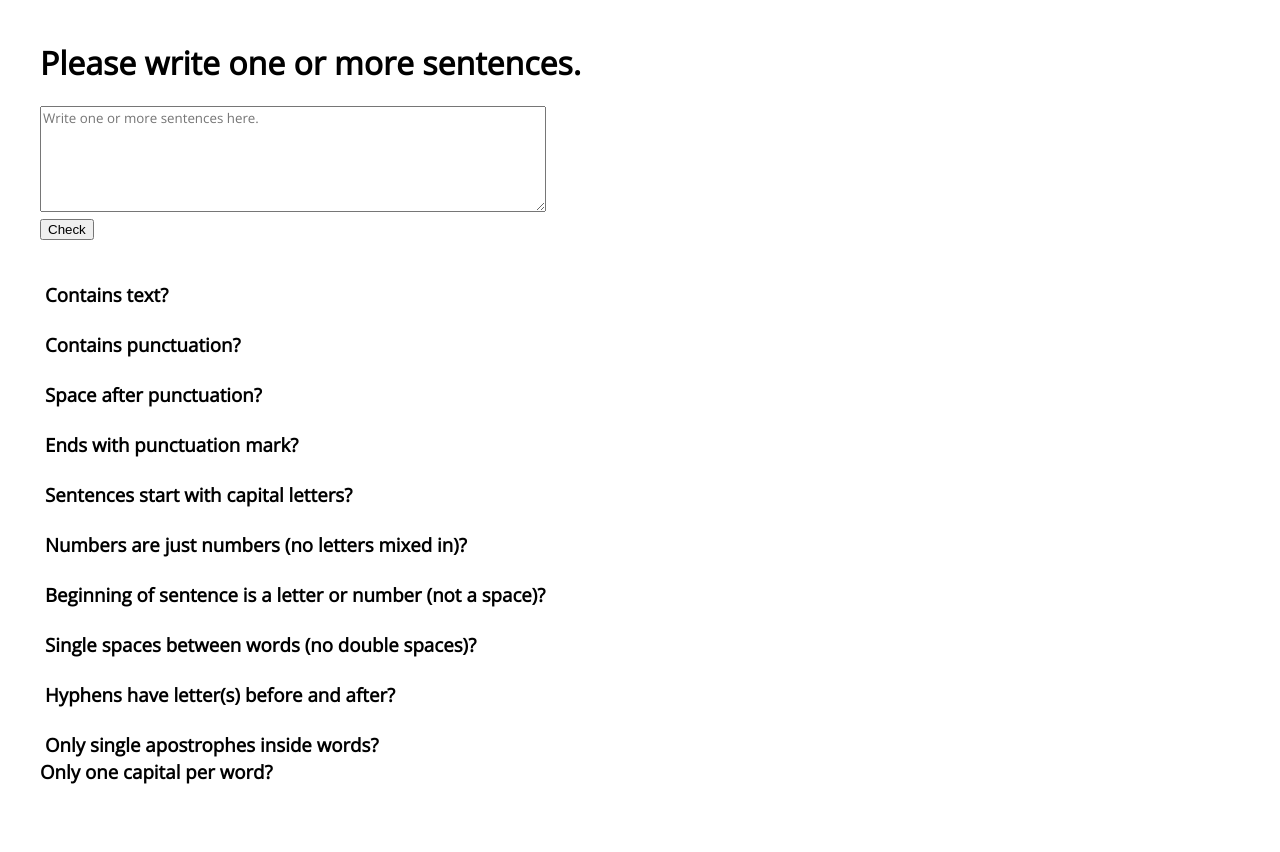
Repository: eliotcowley/SentenceChecker
Page: sentence_checker_fa/workspace/index.html
The author's editor kept a record of every edit. The page is drawn from the files as they stood at one moment, then again after the next edit.
The browser window is 1280 px wide. The pictures show the whole page.
Some web libraries are served in a nearby version.

Above is the page before.

### sentence_checker_fa/workspace/index.html
<!DOCTYPE html>
<html>
<head>
    <link href='http://fonts.googleapis.com/css?family=Open+Sans'
    rel='stylesheet' type='text/css'>
	<link rel='stylesheet' href='style.css'/>
</head>
<body>
    <div class="heading">
        <h1>Please write one or more sentences.</h1>
    </div>
    <div class="container">
        <form>
            <div class="form-group">
                <textarea class="form-control status-box" rows="2"
                placeholder="Write one or more sentences here."></textarea>
            </div>
        </form>
    </div>
    <div class="button">
        <button type="button">Check</button>
    </div>
    <div class="container">
        <div class="output1">
            <h3 class="test1">Contains text?</h3>
            <h3 class="result1"></h3>
        </div>
        <div class="output2">
            <h3 class="test2">Contains punctuation?</h3>
            <h3 class="result2"></h3>
        </div>
        <div class="output3">
            <h3 class="test3">Space after punctuation?</h3>
            <h3 class="result3"></h3>
        </div>
        <div class="output4">
            <h3 class="test4">Ends with punctuation mark?</h3>
            <h3 class="result4"></h3>
        </div>
        <div class="output5">
            <h3 class="test5">Sentences start with capital letters?</h3>
            <h3 class="result5"></h3>
        </div>
        <div class="output6">
            <h3 class="test6">Numbers are just numbers (no letters mixed in)?</h3>
            <h3 class="result6"></h3>
        </div>
        <div class="output7">
            <h3 class="test7">Beginning of sentence is a letter or number (not a
            space)?</h3>
            <h3 class="result7"></h3>
        </div>
        <div class="output8">
            <h3 class="test8">Single spaces between words (no double spaces)?</h3>
            <h3 class="result8"></h3>
        </div>
        <div class="output9">
            <h3 class="test9">Hyphens have letter(s) before and after?</h3>
            <h3 class="result9"></h3>
        </div>
        <div class="output10">
            <h3 class="test10">Only single apostrophes inside words?</h3>
            <h3 class="result10"></h3>
        </div>
        <div class="output11">
            <h3 class="test11">Only one capital per word?</h3>
            <h3 class="result11"></h3>
        </div>
        <div class="final">
            <h3 class="finalResult"></h3>
        </div>
    </div>
    <script src="//ajax.googleapis.com/ajax/libs/jquery/1.11.1/jquery.min.js">
    </script>
    <script src='script.js'></script>
</body>
</html>

### sentence_checker_fa/workspace/style.css
html, body {
    font-family: 'Open Sans', sans-serif;
    margin-left: 20px;
    margin-top: 20px;
}

.status-box {
    font-family: 'Open Sans', sans-serif;
    width: 500px;
    height: 100px;
}

.button {
    font-family: 'Open Sans', sans-serif;
}

.test1, .test2, .test3, .test4, .test5, .test6, .test7, .test8, .test9, .test10,
.finalResult{
    float: left;
    padding: 5px;
}

.result1, .result2, .result3, .result4, .result5, .result6, .result7, .result8,
.result9, .result10 {
    float: left;
    padding: 5px;
}

.output1, .output2, .output3, .output4, .output5, .output6, .output7, .output8,
.output9, .output10, .final {
    float: left;
    width: 100%;
    height: 50px;
}

### sentence_checker_fa/workspace/script.js
var main = function() {
    /** isPunctuationMark(Character c)
     * Returns true if c is a punctuation mark.
     */
    var isPunctuationMark = function(c) {
        if ((c == ".") || (c == "!") || (c == "?")) {
            return true;
        }
        else {
            return false;
        }
    };
    /** checkUppercase(Character c)
     * Returns true if c is uppercase, returns false if c is lowercase.
     */
    var checkUppercase = function(c) {
        if (c == c.toUpperCase()) {
            return true;
        }
        else if (c == c.toLowerCase()) {
            return false;
        }
    };
    /** isNumber(Character c)
     * Returns true if c is a number, else returns false.
     */
    var isNumber = function(c) {
        if (!isNaN(c)) {
            return true;
        }
        else {
            return false;
        }
    };
    /** isLetterOrNumber(Character c)
     * Returns true if c is a letter or number, else returns false.
     */
    var isLetterOrNumber = function(c) {
        if ((!isPunctuationMark(c)) && (c != ",") && (c != ":") && (c != ";") &&
        (c != "-")) {
            return true;
        }
        else {
            return false;
        }
    };
    $(".button").click(function() { //if the user clicks "Check"
       var input = $(".status-box").val(); //save whatever is in box to "input"
       var containsPunctuation = false;
       var firstChar = input.charAt(0); /*save the first character of input to
       firstChar*/
       var thirdLastChar = input.charAt(input.length-3); /* save the third-to-
       last character of input to thirdLastChar */
       var secondLastChar = input.charAt(input.length-2); /* save the second-to-
       last character of input to secondLastChar */
       var lastChar = input.charAt(input.length-1); /* save the last character
       of input to lastChar */
       var inWord = false; /* initially not in a word */
       var seenNumber = false; /* not yet seen a number */
       var spaceAfterPunctuation = true; /* is there space after punctuation
       marks? */
       var startCapital = true; /* is the first letter in a sentence capital? */

       /* variables handling other results */
       var result6 = true;
       var result8 = true;
       var result9 = true;
       var result10 = true;
       var result11 = true;

       var seenApostrophe = false; /* not yet seen an apostrophe */
       var correct = false; /* text is not yet considered syntactically correct */
       var seenNaN = false; /* not yet seen a non-number */
       var seenCapital = false; /* not yet seen a capital */
       if (input.length > 0) { // if there is text
           $(".result1").text("Yes");
           for (var i = 0; i < input.length; i++) { // loop through text
                var prevPrevChar = input.charAt(i-2);
                var prevChar = input.charAt(i-1);
                var currentChar = input.charAt(i);
                var nextChar = input.charAt(i+1);
                var nextNextChar = input.charAt(i+2);
                if ((currentChar == "." ) || (currentChar == "!") ||
                (currentChar == "?") || (currentChar == ",") ||
                (currentChar == ":") || (currentChar == ";")) {
                    containsPunctuation = true;
                    inWord = false; // no longer in word when we hit punctuation

                    /* re-initialize seen variables to false */
                    seenNumber = false;
                    seenApostrophe = false;
                    seenCapital = false;
                    seenNaN = false;

                    if ((i < lastChar) && (nextChar != " ")) { /*if i is
                    not the last char and there is no space after it*/
                        spaceAfterPunctuation = false;
                    }
                    if (isNumber(prevChar)) {
                        result6 = false;
                    }
                }
                if (currentChar == " ") {
                    inWord = false;
                    seenNumber = false;
                    seenApostrophe = false;
                    seenNaN = false;
                    seenCapital = false;
                    if (prevChar == " ") {
                        if (!isPunctuationMark(prevPrevChar)) {
                            result8 = false;
                        }
                    }
                }
                else { // otherwise we are still in the word
                    inWord = true;
                }
                if ((isPunctuationMark(currentChar)) &&
                (currentChar != lastChar) && (!isPunctuationMark(nextNextChar))) {
                    if (!checkUppercase(nextNextChar)) {
                        startCapital = false;
                    }
                }
                if (inWord) {
                    if (isNumber(currentChar)) {
                        seenNumber = true;
                        if (seenNaN) {
                            result6 = false;
                        }
                    }
                    else {
                        seenNaN = true;
                        if (seenNumber) {
                            result6 = false;
                        }
                    }
                    if (currentChar == "'") { /* check if there are multiple
                    apostrophes */
                        if (seenApostrophe) {
                            result10 = false;
                        }
                        else {
                            seenApostrophe = true;
                        }
                        if ((prevChar == " ") && (nextChar == " ")) {
                            result10 = false;
                        }
                    }
                    if (checkUppercase(currentChar)) {
                        if (seenCapital) {
                            result11 = false;
                        }
                        seenCapital = true;
                    }
                }
                if (currentChar == "-") { /* check if hyphens are between
                non-hyphens */
                    if ((isLetterOrNumber(prevChar)) &&
                    (isLetterOrNumber(nextChar))) {
                        result9 = true;
                    }
                    else {
                        result9 = false;
                    }
                }
            }
            /* output results to HTML */
            if (isNumber(firstChar)) {
                result6 = false;
            }
            if (containsPunctuation) {
                $(".result2").text("Yes");
            }
            else {
                $(".result2").text("No");
                spaceAfterPunctuation = false;
                $(".result4").text("No");
            }
            if (isPunctuationMark(lastChar)) {
                $(".result4").text("Yes");
            }
            else if ((isPunctuationMark(secondLastChar)) && (lastChar == " ")) {
                $(".result4").text("Yes");
            }
            else if ((isPunctuationMark(thirdLastChar)) &&
            (secondLastChar == " ") && (lastChar == " ")) {
                $(".result4").text("Yes");
            }
            else {
                $(".result4").text("No");
            }
            if (spaceAfterPunctuation) {
                $(".result3").text("Yes");
            }
            else {
                $(".result3").text("No");
            }
            if (!checkUppercase(firstChar)) {
                startCapital = false;
            }
            if (startCapital) {
                $(".result5").text("Yes");
            }
            else {
                $(".result5").text("No");
            }
            if (result6) {
                $(".result6").text("Yes");
            }
            else {
                $(".result6").text("No");
            }
            if (firstChar == " ") {
                $(".result7").text("No");
            }
            else {
                $(".result7").text("Yes");
            }
            if (result8) {
                $(".result8").text("Yes");
            }
            else {
                $(".result8").text("No");
            }
            if (result9) {
                $(".result9").text("Yes");
            }
            else {
                $(".result9").text("No");
            }
            if (result10) {
                $(".result10").text("Yes");
            }
            else {
                $(".result10").text("No");
            }
            if (result11) {
                $(".result11").text("Yes");
            }
            else {
                $(".result11").text("No");
            }
        }
        else { //if there is no input
           $(".result1").text("No");
           $(".result2").text("No");
           $(".result3").text("No");
           $(".result4").text("No");
           $(".result5").text("No");
           $(".result6").text("No");
           $(".result7").text("No");
           $(".result8").text("No");
           $(".result9").text("No");
           $(".result10").text("No");
        }
        /* if all results are true,  */
        if (($(".result1").text() == "Yes") && ($(".result2").text() == "Yes")
        && ($(".result3").text() == "Yes") && ($(".result4").text() == "Yes") &&
        ($(".result5").text() == "Yes") && (result6) &&
        ($(".result7").text() == "Yes") && (result8) && (result9) &&
        (result10) && (result11)) {
            correct = true;
            $(".finalResult").text("The sentence is syntactically correct.");
        }
        else {
            $(".finalResult").text("The sentence is syntactically incorrect.");
        }
})};

//var sentence = prompt("Please write a sentence.");

$(document).ready(main);

After the next edit:
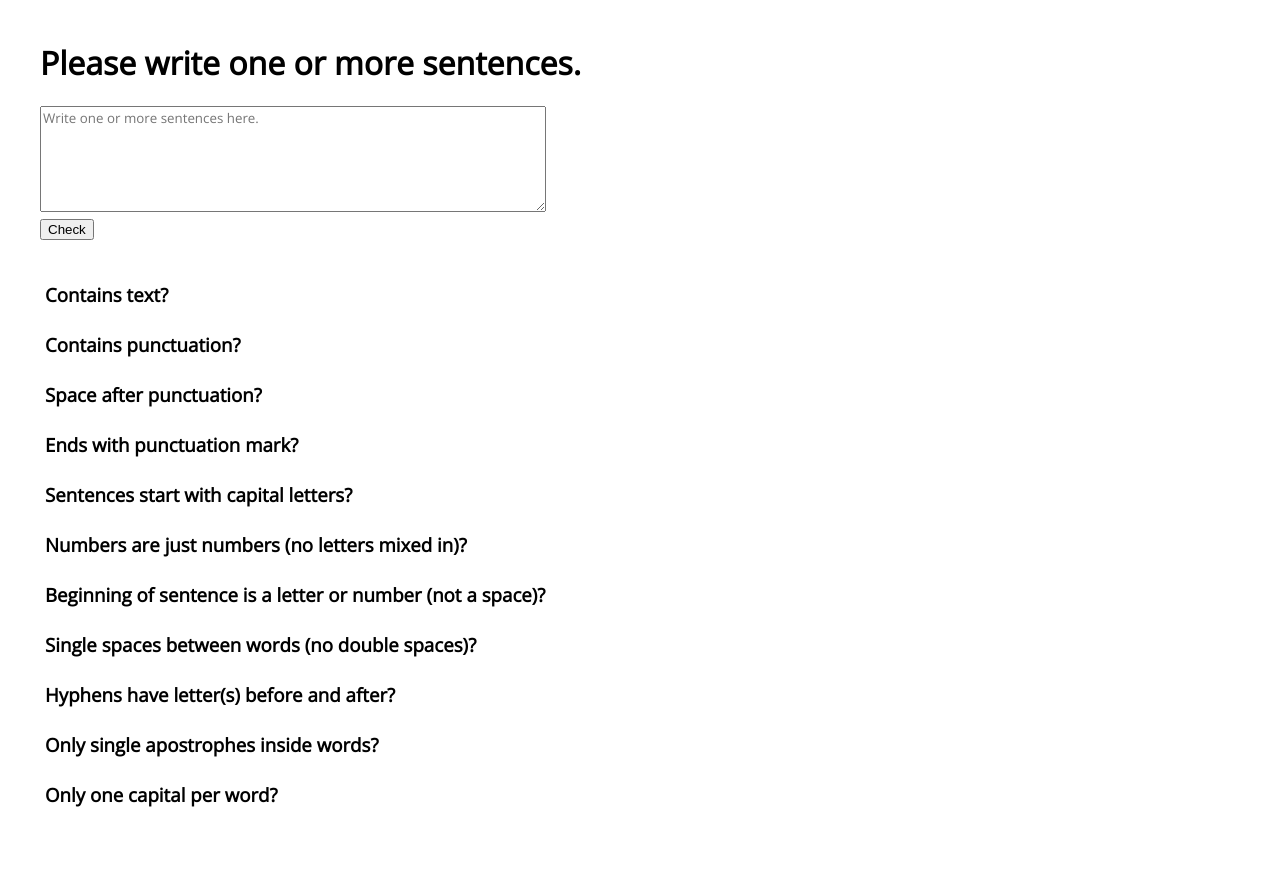
The edit:
--- a/sentence_checker_fa/workspace/style.css
+++ b/sentence_checker_fa/workspace/style.css
@@ -15,7 +15,7 @@
 }
 
 .test1, .test2, .test3, .test4, .test5, .test6, .test7, .test8, .test9, .test10,
-.finalResult{
+.test11, .finalResult{
     float: left;
     padding: 5px;
 }
